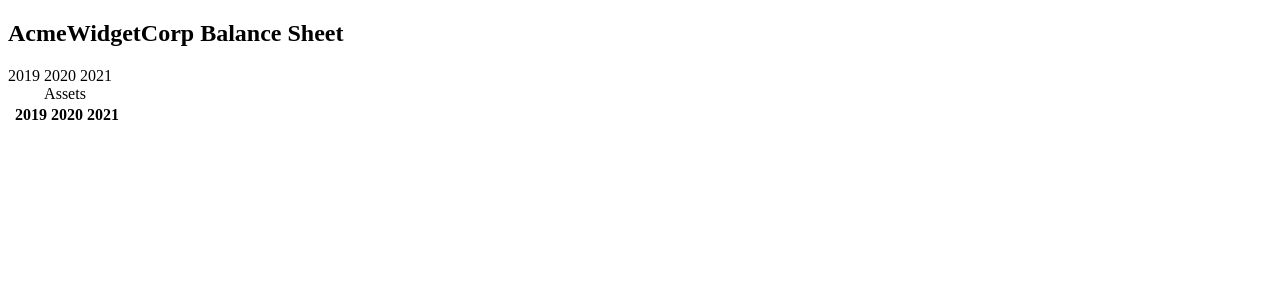
Repository: cipdanila/freeCodeCamp
Page: BalanceSheet/index.html
These files come from the project's save history. The page is drawn as it stood at one moment and after the next save; the edit follows.
The browser window is 1280 px wide. The pictures show the whole page.

Above is the page before, as saved 2023-10-19 16:04:53.

### BalanceSheet/index.html
<!DOCTYPE html>
<html lang="en">
    <head>
        <meta charset="UTF-8" />
        <meta name="viewport" content="width=device-width, initial-scale=1.0" />
        <title>Balance Sheet</title>
        <link rel="stylesheet" href="./styles.css" />
    </head>
    <body>
        <main>
            <section>
                <h1>
                    <span class="flex">
                        <span>AcmeWidgetCorp</span>
                        <span>Balance Sheet</span>
                    </span>
                </h1>
                <div id="years" aria-hidden="true">
                    <span class="year">2019</span>
                    <span class="year">2020</span>
                    <span class="year">2021</span>
                </div>
                <div class="table-wrap">
                    <table>
                        <caption>
                            Assets
                        </caption>
                        <thead>
                            <tr>
                                <td></td>
                                <th><span class="sr-only year">2019</span></th>
                                <th><span class="sr-only year">2020</span></th>
                                <th class="current">
                                    <span class="sr-only year">2021</span>
                                </th>
                            </tr>
                        </thead>
                        <tbody>
                            <tr class="data">
                                <th>
                                    <span class="description"></span>
                                </th>
                            </tr>
                            <tr class="data"></tr>
                            <tr class="data"></tr>
                            <tr class="total"></tr>
                        </tbody>
                    </table>
                    <table></table>
                    <table></table>
                </div>
            </section>
        </main>
    </body>
</html>

Loaded but not shown: BalanceSheet/styles.css (empty)

After the next save:
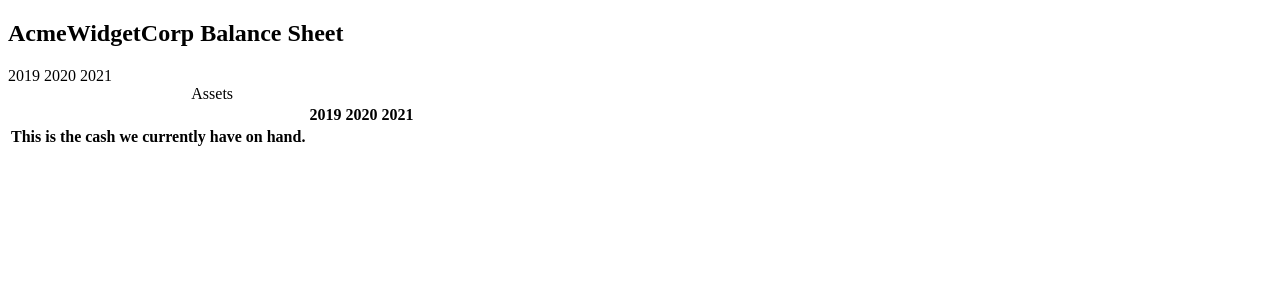
Saved 15 s later.
--- a/BalanceSheet/index.html
+++ b/BalanceSheet/index.html
@@ -38,7 +38,7 @@
                         <tbody>
                             <tr class="data">
                                 <th>
-                                    <span class="description"></span>
+                                    <span class="description">This is the cash we currently have on hand.</span>
                                 </th>
                             </tr>
                             <tr class="data"></tr>
